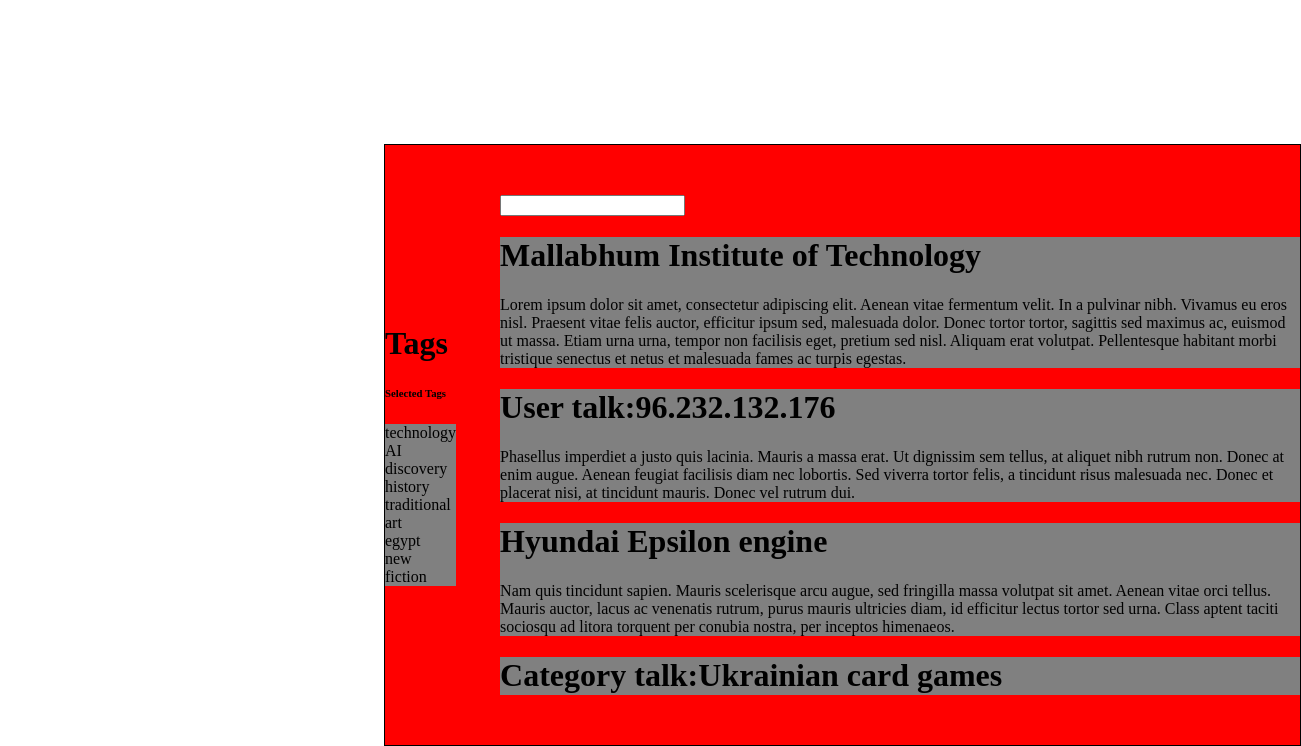
Repository: KelaiAffaf/bridger
Page: /
An editor plug-in stored every save of this project. The page is shown before and after a run of saves, followed by the edit.
The browser window is 1280 px wide. The page is 1301 px wide, so the pictures cover 1301 px, including what lies to the right of the window. The pictures show the whole page.
An inner scrolling area shows only its first screen. The project was rebuilt for these pictures with package versions that can differ from the ones it lists, and the page was loaded fresh each time. Also part of the build but not shown: vite.config.js.

Above is the page before, as saved 2023-06-08 11:26:19.

After the next 2 saves:
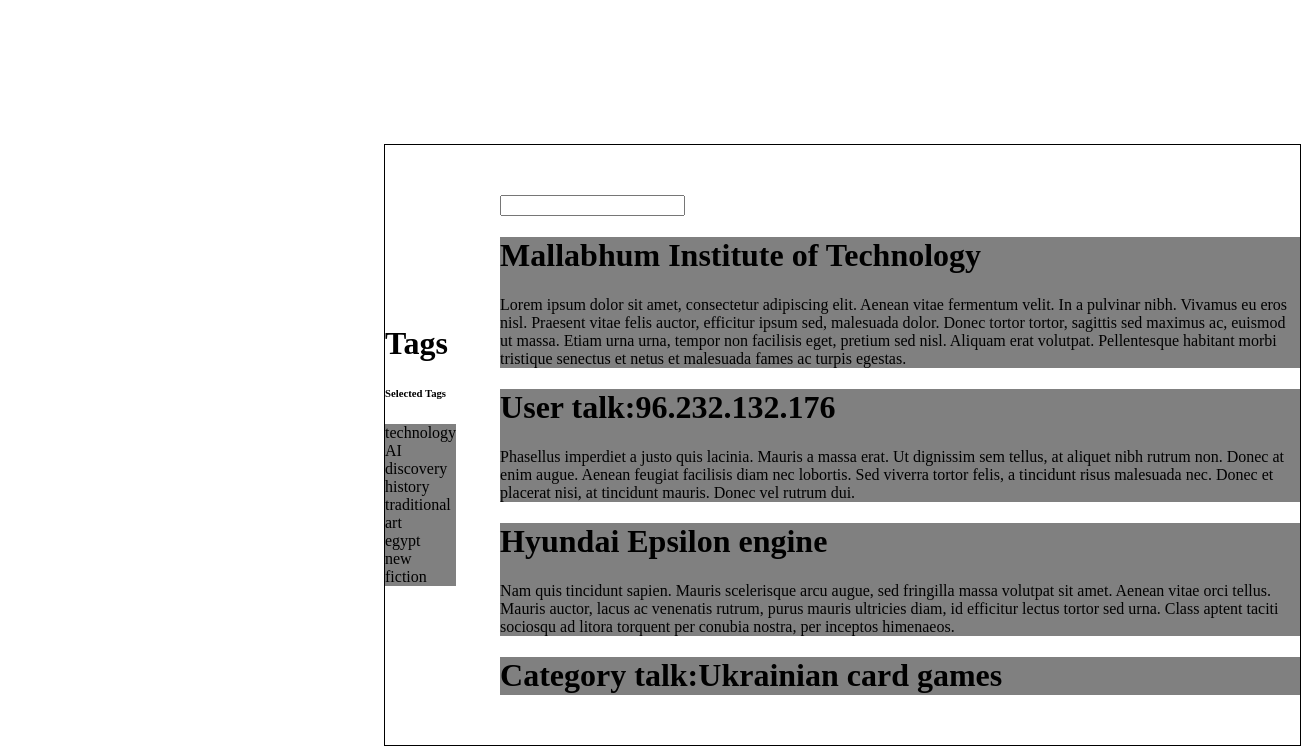
The 2 saves are shown as one change because they came seconds apart.
The last was saved 10 s later.
--- a/src/App.jsx
+++ b/src/App.jsx
@@ -33,7 +33,6 @@
       gap:44,
       height: "600px",
       border: "1px solid black",
-      backgroundColor: "red",
       overflow: "hidden",
       position: "absolute",
       top: "20%",
